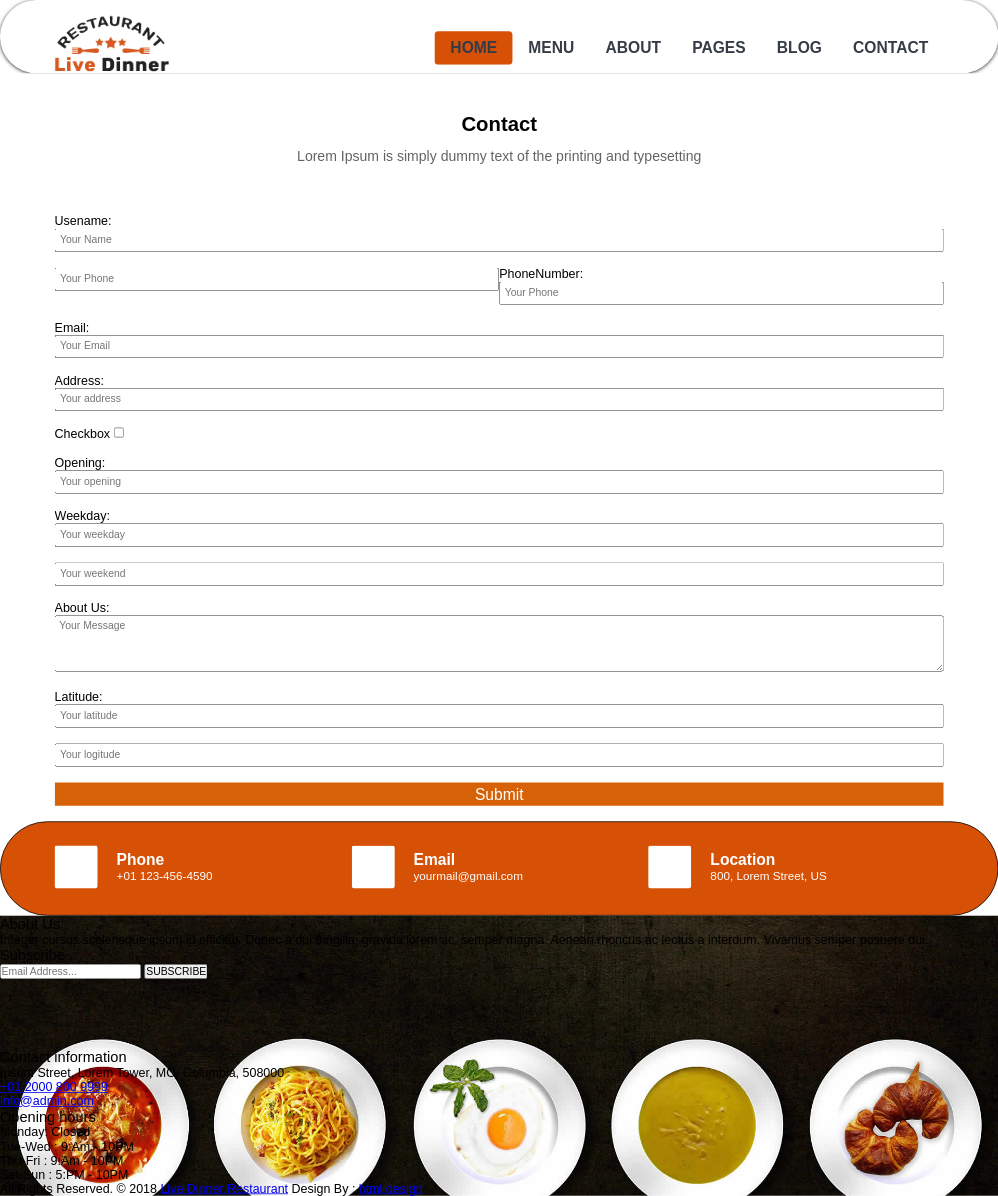
Repository: Hoa7604/kist_Java
Page: http://localhost/jdbc1/contact/list
These files come from the project's save history. The page is drawn as it stood at one moment and after the next save; the edit follows.
The browser window is 1280 px wide. The pictures show the whole page, at 78% of full size.
The page is served by Tomcat 9. Queries for data that is not in the repository find no rows.

Above is the page before, as saved 2020-08-14 08:59:28.

After the next save:
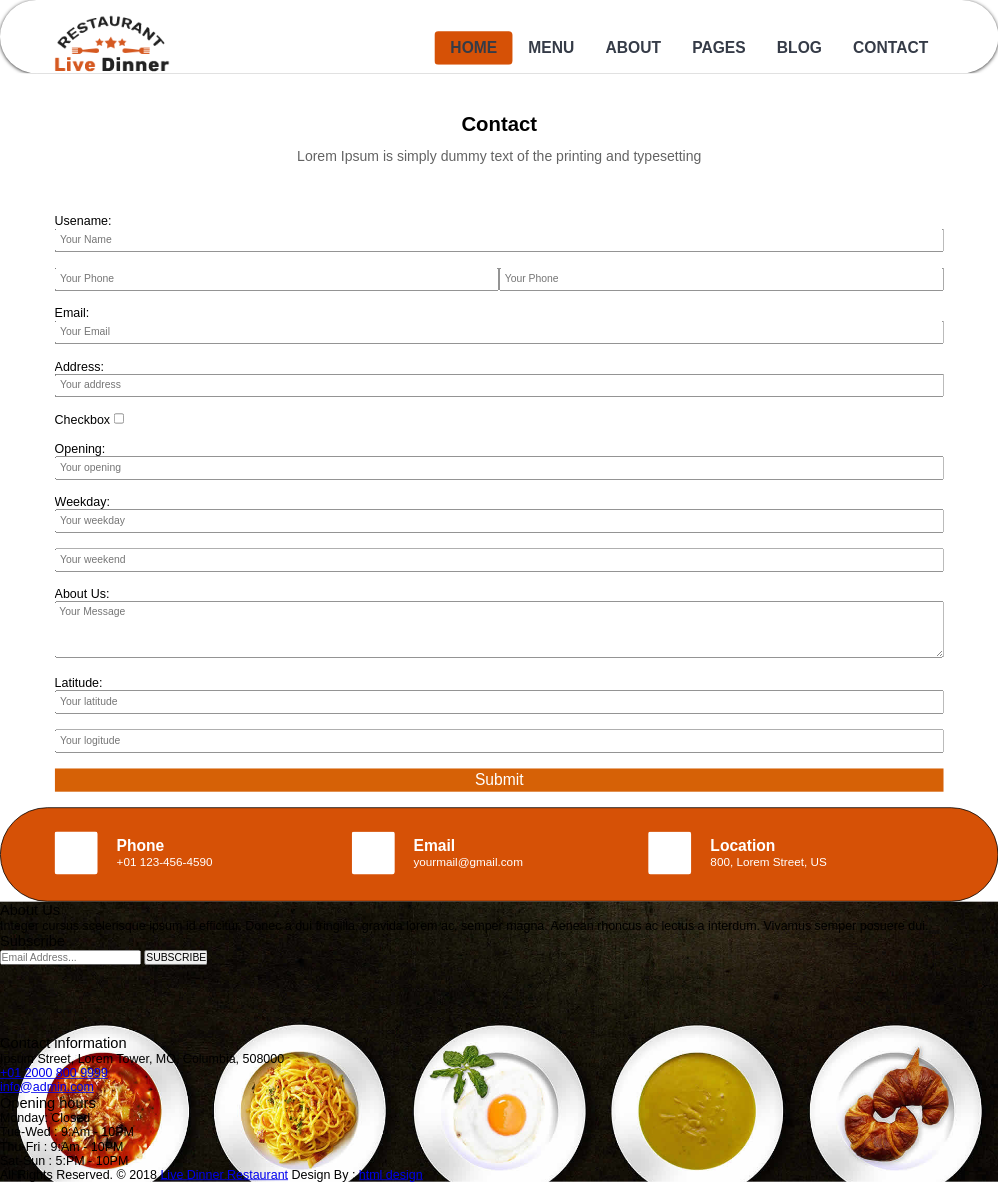
Saved 33 s later.
--- a/pho/jdbc1/WebContent/WEB-INF/views/contact.jsp
+++ b/pho/jdbc1/WebContent/WEB-INF/views/contact.jsp
@@ -119,7 +119,6 @@
 							</div>
 							<div class="wrap  wrap-phone">
 								<div class="box phone-box">
-									PhoneNumber:
 									<input type="phone" id="priphone" name="priphone" placeholder="Your Phone" required data-error="Please enter your priphone">
 									<input type="phone" id="subphone" name="subphone" placeholder="Your Phone" data-error="Please enter your subphone">
 								</div>

After the save that followed:
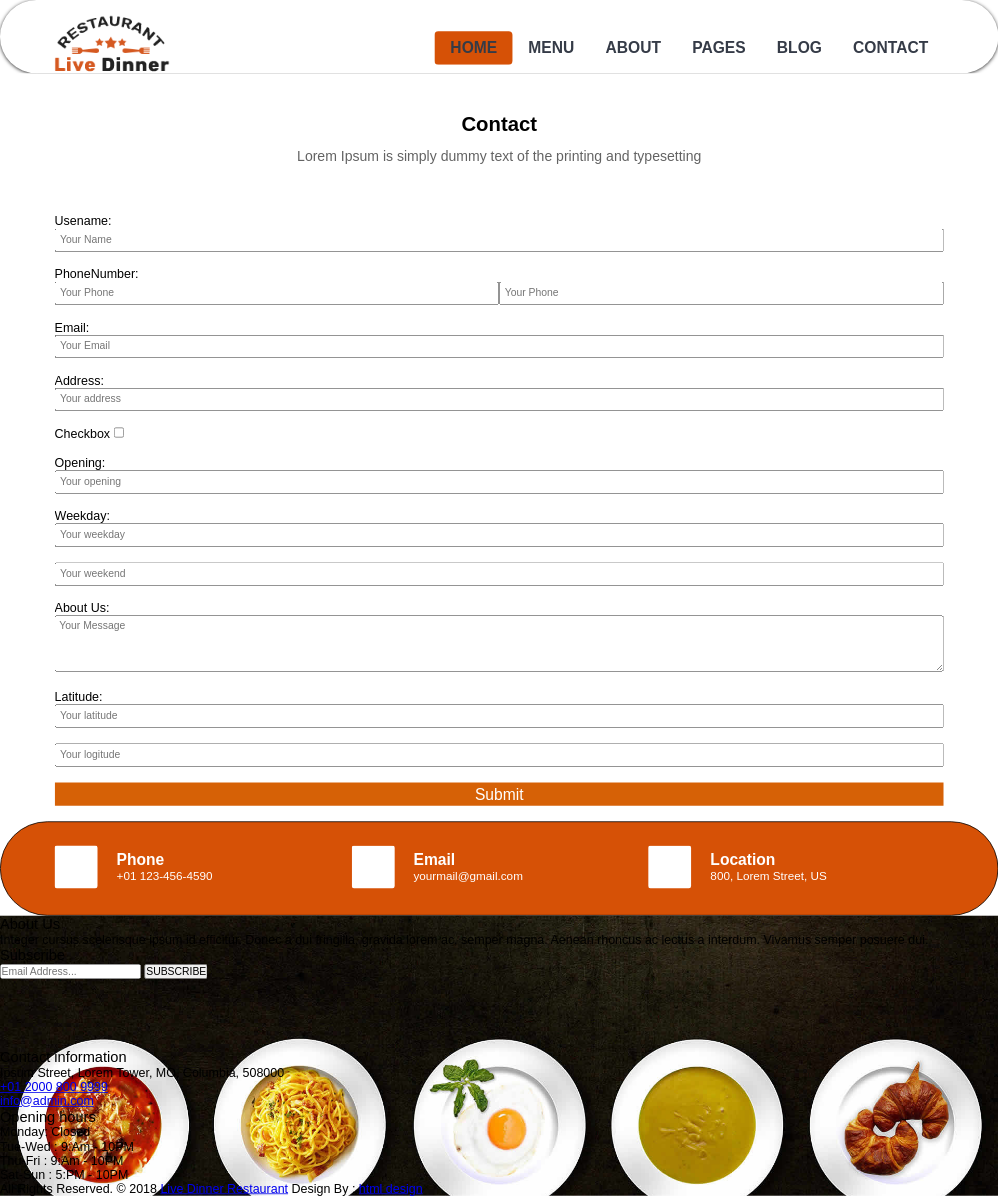
Saved 19 s later.
--- a/pho/jdbc1/WebContent/WEB-INF/views/contact.jsp
+++ b/pho/jdbc1/WebContent/WEB-INF/views/contact.jsp
@@ -118,6 +118,7 @@
 								</div>
 							</div>
 							<div class="wrap  wrap-phone">
+								PhoneNumber:
 								<div class="box phone-box">
 									<input type="phone" id="priphone" name="priphone" placeholder="Your Phone" required data-error="Please enter your priphone">
 									<input type="phone" id="subphone" name="subphone" placeholder="Your Phone" data-error="Please enter your subphone">
